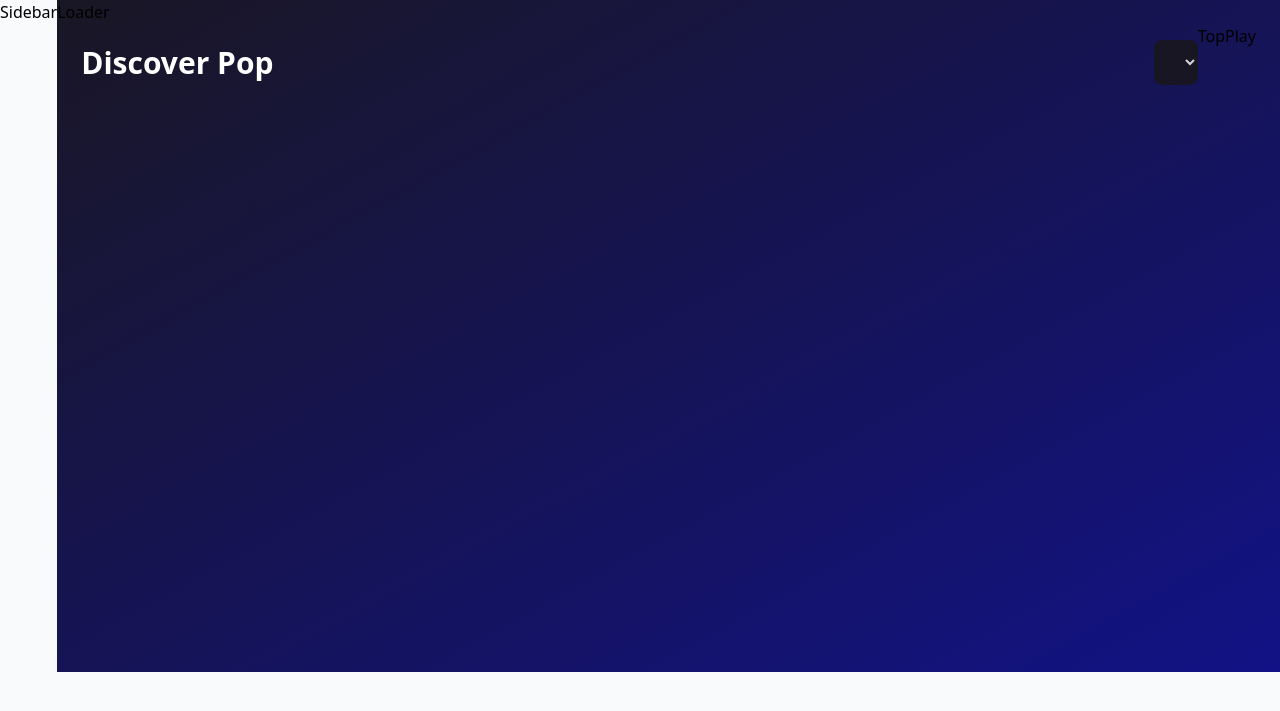
Repository: Goldmyn/GoldStarMusic
Page: /
An editor plug-in stored every save of this project. The page is shown before and after a run of saves, followed by the edit.
The browser window is 1280 px wide. The pictures show the whole page.
The project was rebuilt for these pictures with package versions that can differ from the ones it lists, and the page was loaded fresh each time. Also part of the build but not shown: vite.config.js, src/components/SongCard.jsx, src/components/ArtistCard.jsx, src/components/DetailsHeader.jsx, src/components/PlayPause.jsx, src/components/SongBar.jsx, src/components/RelatedSongs.jsx, src/components/MusicPlayer/Controls.jsx and 13 more.

Above is the page before, as saved 2022-09-30 12:58:04.

After the next 2 saves:
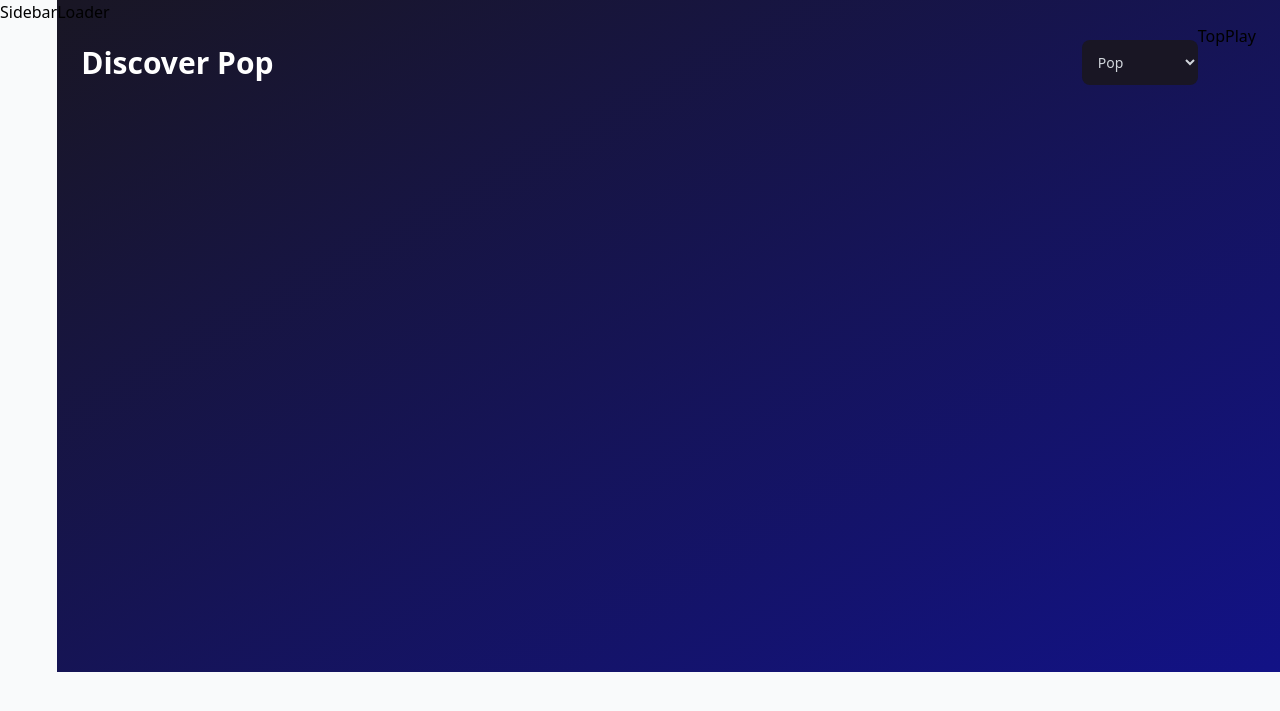
The 2 saves are shown as one change because they came seconds apart.
The last was saved 95 s later.
--- a/src/pages/Discover.jsx
+++ b/src/pages/Discover.jsx
@@ -16,7 +16,7 @@ const Discover = () => {
                     onChange={() => {}}
                     value=""
                     className="bg-black text-gray-300 p-3 text-sm rounded-lg outline-none sm:mt-0 mt-5">
-                    {genres.map((genre) => <options>{genre.title}</options>)}
+                    {genres.map((genre) => <option>{genre.title}</option>)}
 
                 </select>
             </div>
